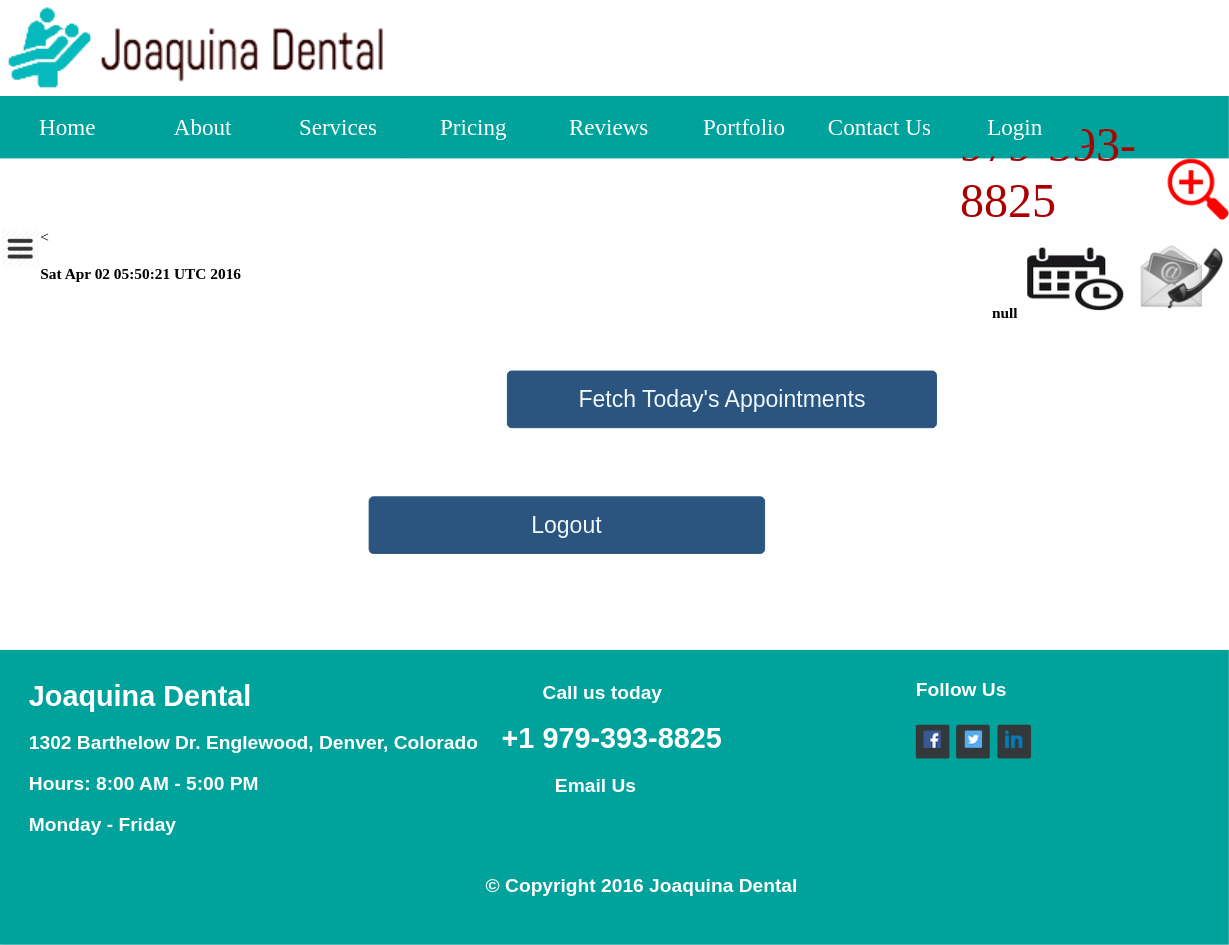
Repository: ManjushaBolishetty/test
Page: http://localhost/test/DentistHomePage.jsp
These files come from the project's save history. The page is drawn as it stood at one moment and after the next save; the edit follows.
The browser window is 1280 px wide. The pictures show the whole page, at 96% of full size.
The page is served by Tomcat 9.

Above is the page before, as saved 2016-04-03 07:30:02.

After the next save:
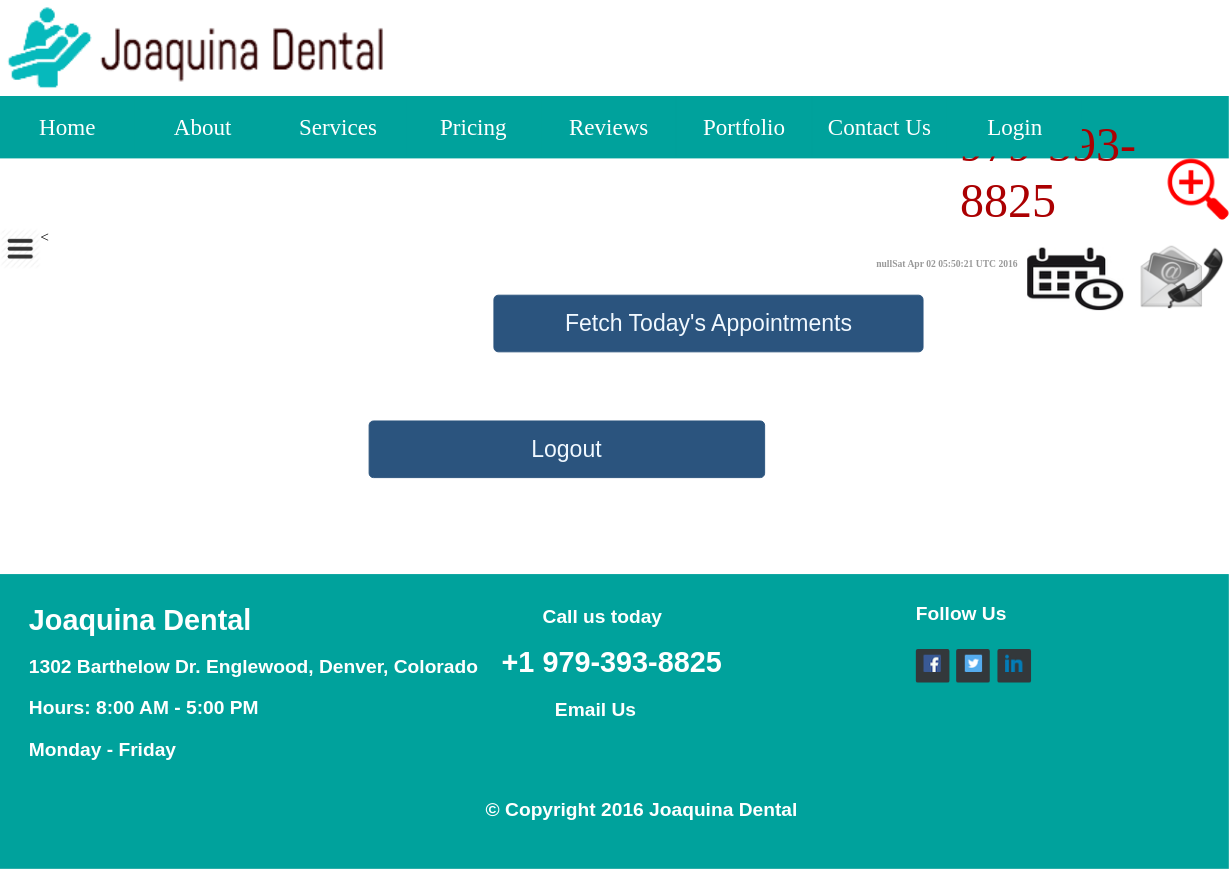
Saved 2 min 5 s later.
--- a/test/WebContent/CSS/testeverything.css
+++ b/test/WebContent/CSS/testeverything.css
@@ -237,6 +237,14 @@ input[type=checkbox]:checked ~ #menu{
 	padding-right:100px;
 }
 
+.Logindate h4{
+	float: right;
+    font-size: 10px;
+    display: block;
+    line-height: 12px;
+    color: #999;
+    text-align: right;
+}
 
 
 
